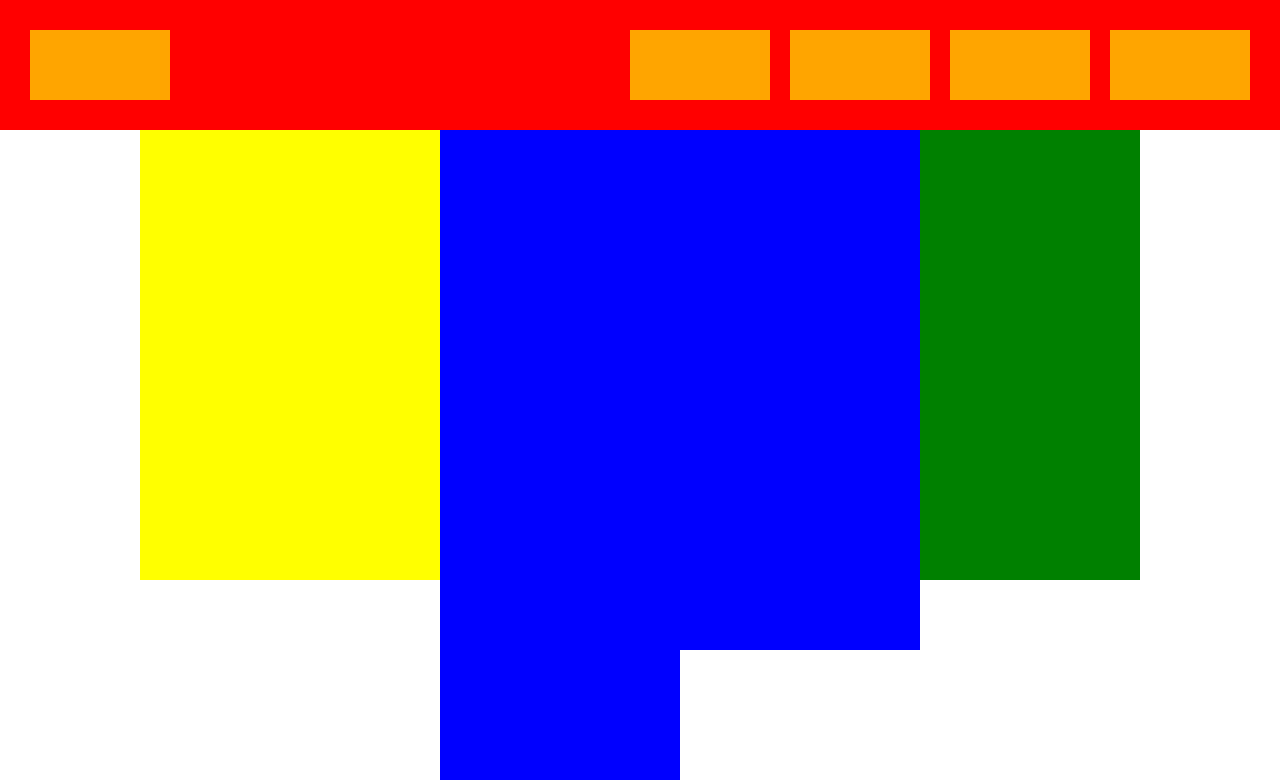
Repository: pureforest/html
Page: flex/flex.html
The author's editor kept a record of every edit. The page is drawn from the files as they stood at one moment, then again after the next edit.
The browser window is 1280 px wide. The pictures show the whole page.

Above is the page before.

### flex/flex.html
<!DOCTYPE html>
<html lang="ja">
  <head>
    <meta charset="UTF-8" />
    <link rel="stylesheet" href="style.css" />
    <title>flexbox</title>
  </head>
  <body>

    <header>
      <div class="header-box"></div>
      <div class="header-box"></div>
      <div class="header-box"></div>
      <div class="header-box"></div>
      <div class="header-box"></div>
    </header>

    <main>
      <div class="main-left"></div>
      <div class="main-right">
        <div class="main-box"></div>
        <div class="main-box"></div>
        <div class="main-box"></div>
        <div class="main-box"></div>
        <div class="main-box"></div>
        <div class="main-box"></div>
        <div class="main-box"></div>
        <div class="main-box"></div>
        <div class="main-box"></div>
      </div>
    </main>
  </body>
</html>

### flex/style.css
* {
  margin: 0;
  padding: 0;
  box-sizing: border-box;
}

header{
  width: 100%;
  height: 130px;
  background-color: red;
  display: flex;
  justify-content: flex-end;
  padding: 30px 20px;
}

.header-box{
  width: 140px;
  height: 70px;
  background-color: orange;
  margin: 0 10px;
}

.header-box:first-child{
  margin-right: auto;
}

main{
  height: 450px;
  display: flex;
  justify-content: center;
}

.main-left{
  width: 300px;
  background-color: yellow;
}

.main-right{
  max-width: 700px;
  background-color: green;
  display: flex;
  flex-wrap: wrap;
  flex-grow: 1;

}

.main-box{
  width: 240px;
  height: 130px;
  background-color: blue;
}

After the next edit:
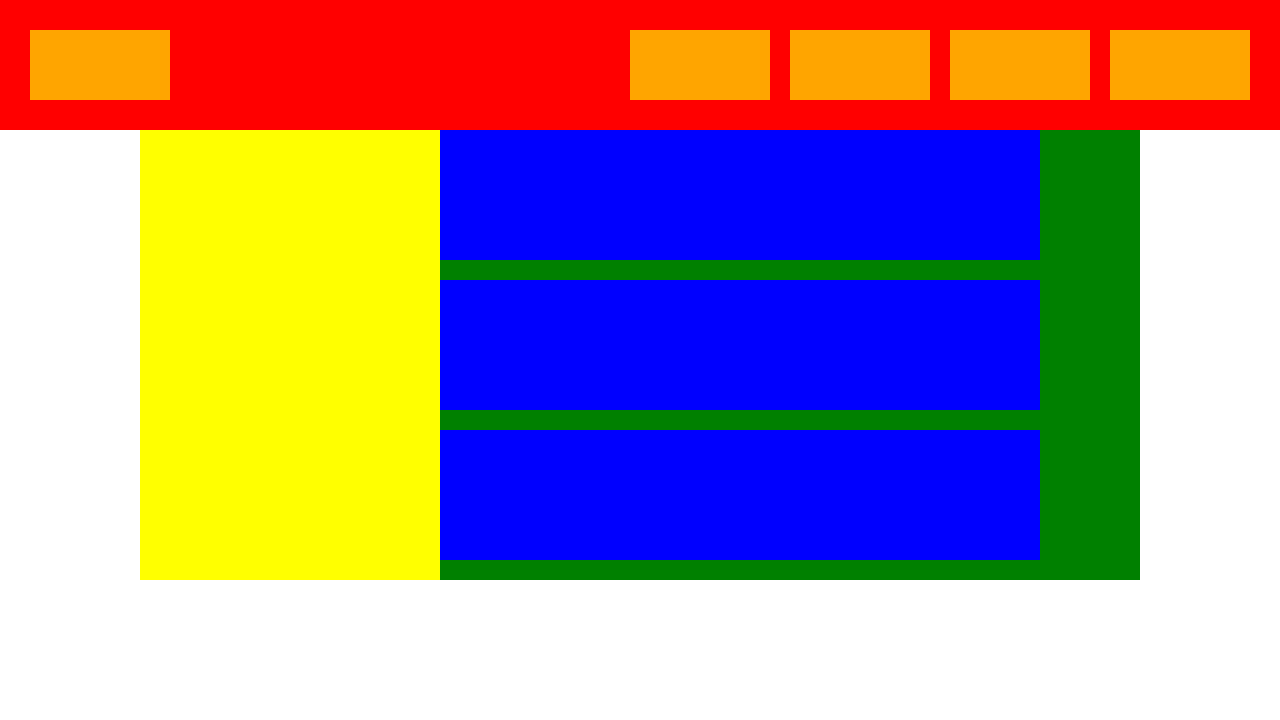
The edit:
--- a/flex/style.css
+++ b/flex/style.css
@@ -45,7 +45,7 @@
 }
 
 .main-box{
-  width: 240px;
+  width: 200px;
   height: 130px;
   background-color: blue;
 }
